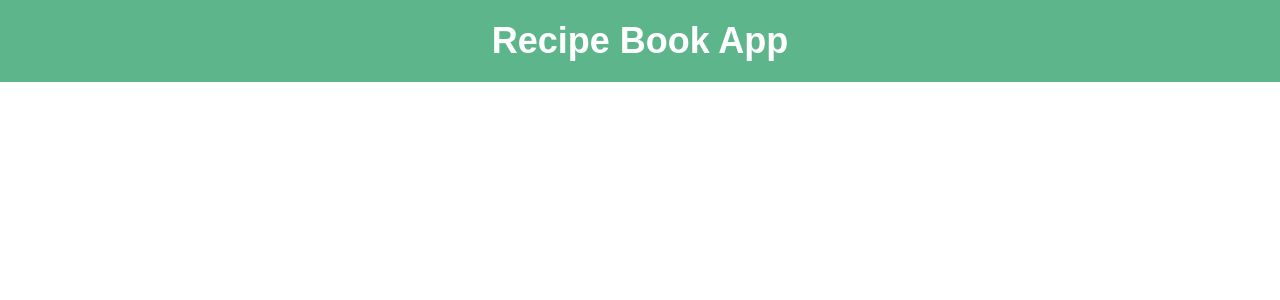
Repository: andrewhuynh561/recipe-app
Page: index.html
These files come from the project's save history. The page is drawn as it stood at one moment and after the next save; the edit follows.
The browser window is 1280 px wide. The pictures show the whole page.
The page's requests for data from a server got no answer.

Above is the page before, as saved 2023-05-22 15:33:31.

### index.html
<!DOCTYPE html>
<html lang="en">
  <head>
    <meta charset="UTF-8" />
    <meta http-equiv="X-UA-Compatible" content="IE=edge" />
    <meta name="viewport" content="width=device-width, initial-scale=1.0" />
    <title>Document</title>
    <link rel="stylesheet" href="style.css" />
  </head>
  <body>
    <header>
      <h1>Recipe Book App</h1>
    </header>

    <div class="container">
      <ul id="recipe-list" class="recipe-list">
        <!-- <li class="recipe-item">
          <img
            src="https://spoonacular.com/recipeImages/12345-312x231.jpg"
            alt="Recipe 1"
          />
          <h2>Recipe 1</h2>
          <p>
            <strong>Ingredients:</strong> Ingredient 1, Ingredient 2, Ingredient
            3
          </p>
          <a href="#">View Recipe</a>
        </li>
        <li class="recipe-item">
          <img
            src="https://spoonacular.com/recipeImages/12545-312x231.jpg"
            alt="Recipe 2"
          />
          <h2>Recipe 2</h2>
          <p>
            <strong>Ingredients:</strong> Ingredient 1, Ingredient 2, Ingredient
            3
          </p>
          <a href="#">View Recipe</a>
        </li>
        <li class="recipe-item">
          <img
            src="https://spoonacular.com/recipeImages/12445-312x231.jpg"
            alt="Recipe 3"
          />
          <h2>Recipe 3</h2>
          <p>
            <strong>Ingredients:</strong> Ingredient 1, Ingredient 2, Ingredient
            3
          </p>
          <a href="#">View Recipe</a>
        </li> -->
      </ul>
    </div>
    <script src="index.js"></script>
  </body>
</html>

### style.css
body {
    margin: 0;
    padding: 0;
    font-family: Arial, sans-serif;
  }

  header {
    background: #5db58b;
    color: #fff;
    padding: 20px;
    text-align: center;
  }

  h1 {
    margin: 0;
    font-size: 36px;
  }

  .container {
    margin: 0 auto;
    max-width: 1200px;
    padding: 20px;
  }

  .recipe-list {
    list-style: none;
    margin: 0;
    padding: 0;
  }

  .recipe-item {
    display: flex;
    align-items: center;
    justify-content: space-between;
    margin-bottom: 20px;
    box-shadow: 0 2px 5px rgba(0, 0, 0, 0.2);
    border-radius: 5px;
    overflow: hidden;
  }

  .recipe-item img {
    width: 150px;
    height: 150px;
    object-fit: cover;
  }

  .recipe-item h2 {
    margin: 0;
    font-size: 20px;
    padding: 10px;
    min-width: 200px;
  }

  .recipe-item p {
    margin: 0;
    padding: 10px;
    color: #777;
  }

  .recipe-item a {
    background: #5db58b;
    color: #fff;
    min-width: 150px;
    padding: 10px;
    text-decoration: none;
    text-transform: uppercase;
    font-size: 14px;
    transition: background 0.3s ease;
  }

  .recipe-item a:hover {
    background: #1b3499;
  }

  @media screen and (max-width: 768px) {
    .container {
      max-width: 90%;
    }
    .recipe-item {
      flex-direction: column;
    }

    .recipe-item img {
      width: 100%;
      height: auto;
      margin-bottom: 10px;
    }

    .recipe-item h2 {
      font-size: 20px;
      padding: 0;
      margin-bottom: 10px;
    }

    .recipe-item p {
      font-size: 14px;
      margin-bottom: 10px;
    }

    .recipe-item a {
      width: 100%;
      text-align: center;
    }
  }

### index.js
const API_KEY = "275d58779ccf4e22af03e792e8819fff";
const recipeListEl = document.getElementById("recipe-list");


function display(){
    let html=``;
    fetch( `https://api.spoonacular.com/recipes/random?number=10&apiKey=${API_KEY}`)
    .then(response => response.json())
    .then(data => {
        if(data.recipes){
            data.recipes.forEach(recipe => {
             html +=`
              <li class="recipe-item">
                <img
                    src="${recipe.image}"
                    alt="Recipe 1"
                />
                <h2>${recipe.title}</h2>
                <p>
                <strong>Ingredients:</strong> ${recipe.extendedIngredients
                    .map((ingredient) => ingredient.original)
                    .join(", ")}

                </p>
                <a href="${recipe.sourceUrl}">View Recipe</a>
             </li>`

            });
        }else{
            alert("Sorry we are loading....");
        }
        recipeListEl.innerHTML=html;
        console.log(data.recipes);

    });
}

display();

After the next save:
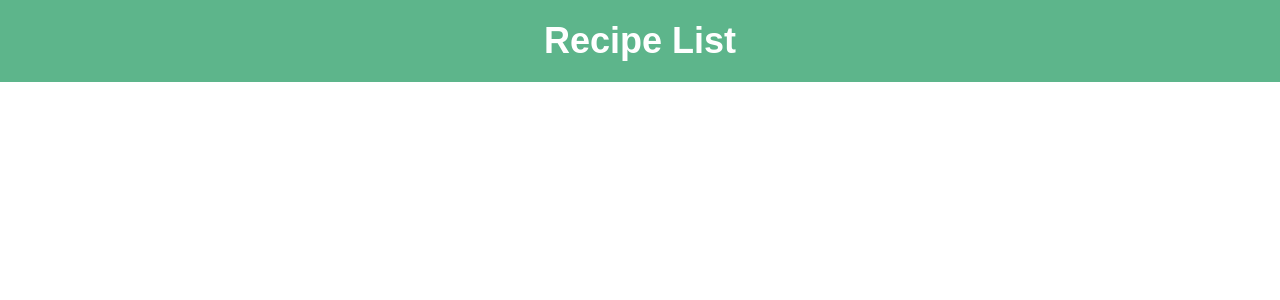
Saved 24 s later.
--- a/index.html
+++ b/index.html
@@ -9,7 +9,7 @@
   </head>
   <body>
     <header>
-      <h1>Recipe Book App</h1>
+      <h1>Recipe List</h1>
     </header>
 
     <div class="container">
